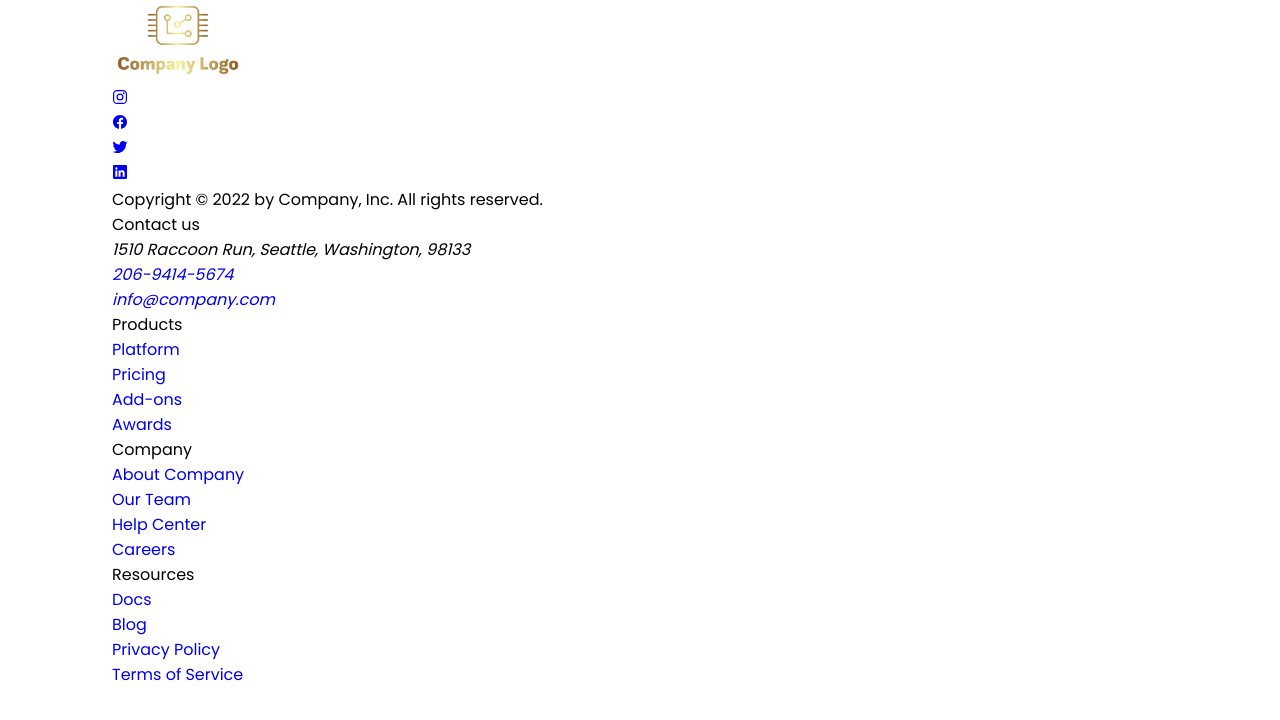
Repository: bijaythakur-code/responsive-footer-design-html-css
Page: index.html
These files come from the project's save history. The page is drawn as it stood at one moment and after the next save; the edit follows.
The browser window is 1280 px wide. The pictures show the whole page.

Above is the page before, as saved 2022-07-27 14:11:38.

After the next save:
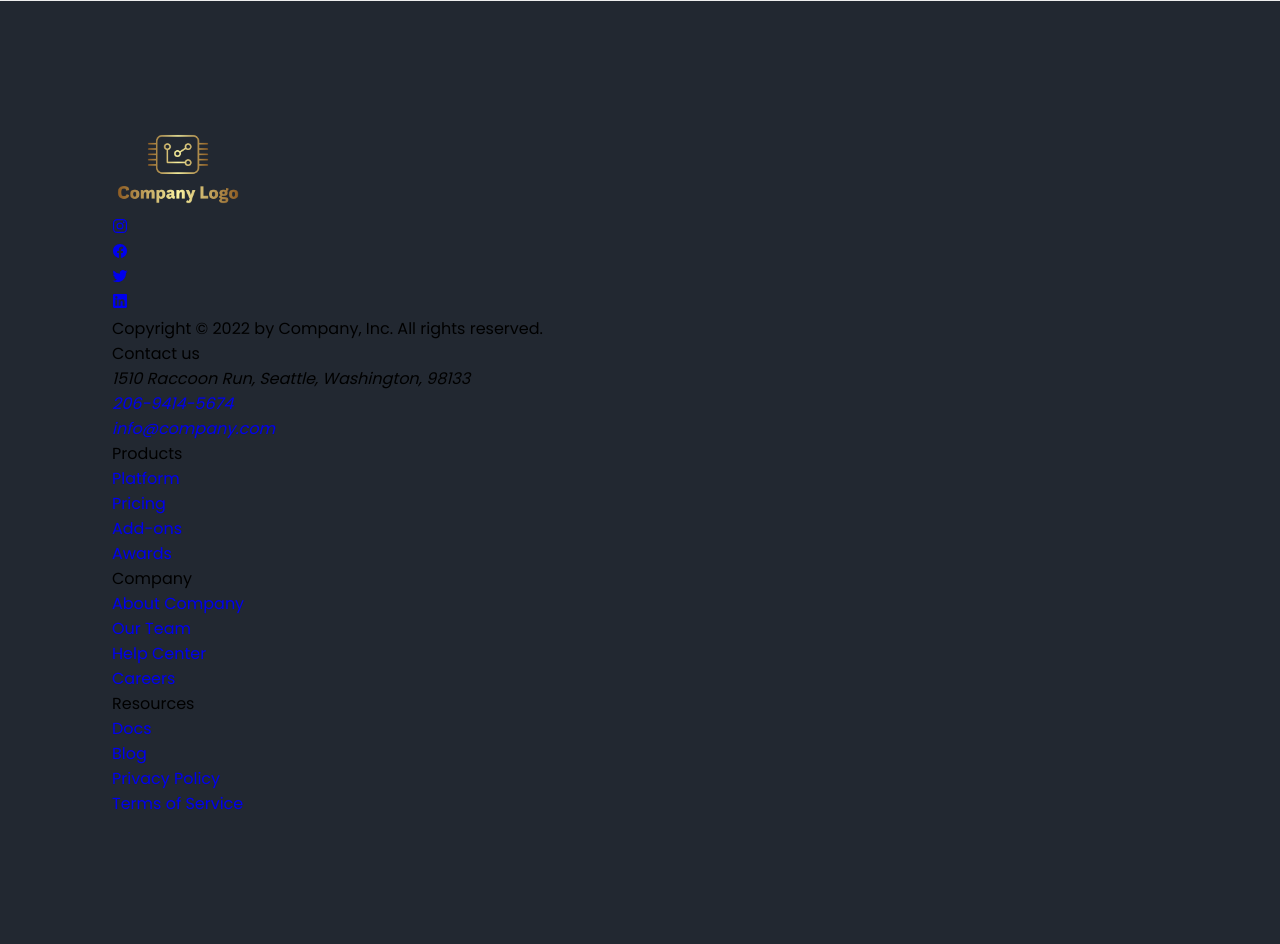
Saved 58 s later.
--- a/css/style.css
+++ b/css/style.css
@@ -38,3 +38,9 @@ a {
 .logo {
   height: 80px;
 }
+
+.footer {
+  padding: 128px 0;
+  border-top: 1px solid #eee;
+  background-color: var(--footer-background-color);
+}
